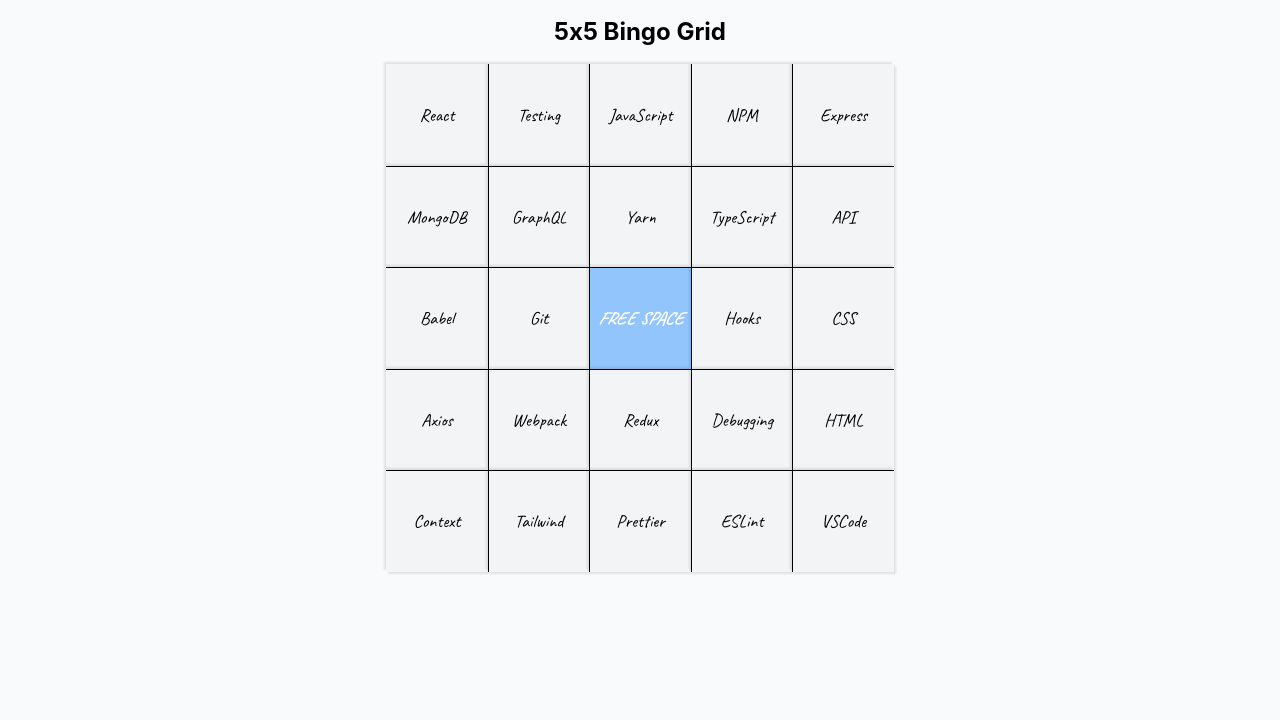
Repository: yassirbn/football-bingo
Page: /
The author's editor kept a copy of each file at every save. The page is drawn from the files as they stood at one save, then again after the next save.
The browser window is 1280 px wide. The pictures show the whole page.
The project was rebuilt for these pictures with package versions that can differ from the ones it lists, and the page was loaded fresh each time.

Above is the page before, as saved 2024-11-26 18:09:11.

After the next save:
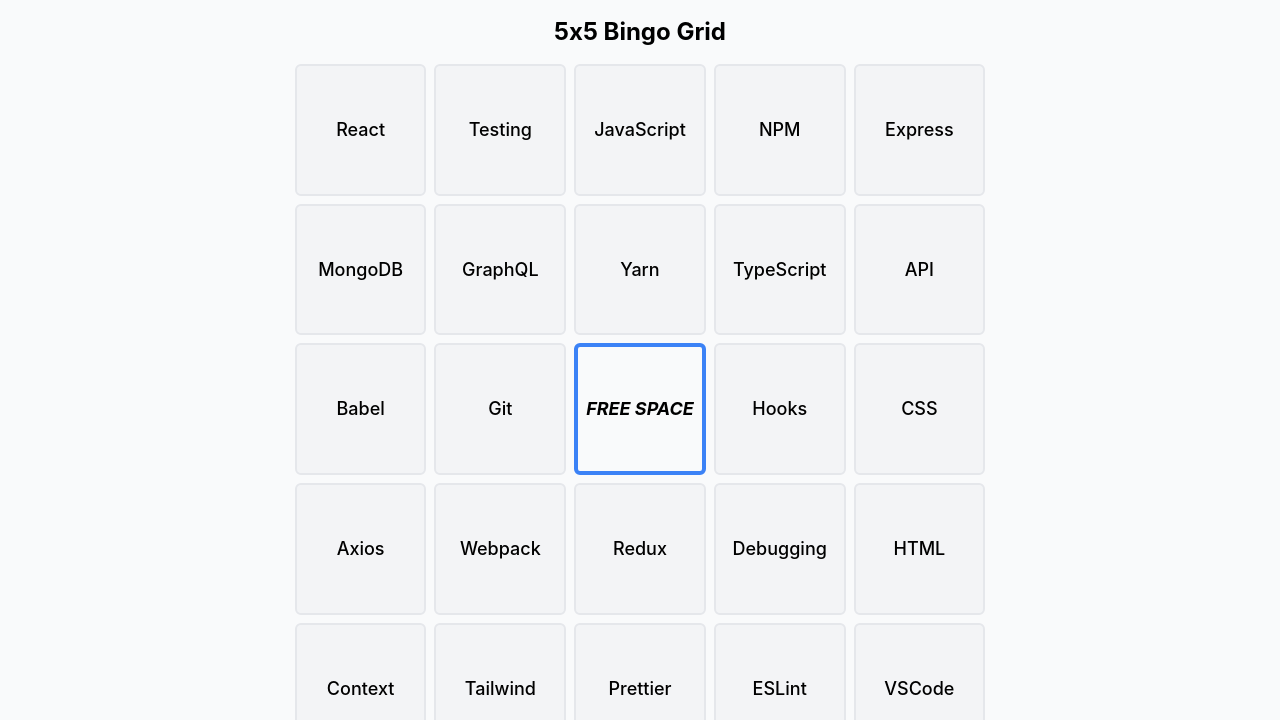
Saved 8 min 48 s later.
--- a/src/component/BingoGrid/BingoGrid.js
+++ b/src/component/BingoGrid/BingoGrid.js
@@ -95,32 +95,21 @@ const BingoGrid = ({ words }) => {
       {/* Bingo Grid */}
       <h1 className="text-center text-2xl font-bold mb-4">5x5 Bingo Grid</h1>
       <div
-        className="grid gap-0" // Remove gaps between cells
+        className="grid gap-2"
         style={{
-          gridTemplateColumns: `repeat(${gridSize}, 1fr)`,
+          gridTemplateColumns: `repeat(${gridSize}, minmax(50px, 1fr))`,
         }}
       >
         {gridWords.map((word, index) => (
           <div
             key={index}
-            className={`flex items-center justify-center text-center font-medium aspect-square p-2
-              ${
-                selectedCells[index]
-                  ? "bg-blue-300 text-white"
-                  : "bg-gray-100 hover:bg-blue-200 cursor-pointer"
-              } ${word === "FREE SPACE" ? "cursor-default" : ""}`}
+            className={`flex items-center justify-center border-2 rounded-md text-center font-medium aspect-square p-2
+              ${selectedCells[index] ? "bg-transparent border-4 border-blue-500 rounded-full" : "bg-gray-100 hover:bg-blue-200 cursor-pointer"}
+              ${word === "FREE SPACE" ? "cursor-default" : ""}`}
             onClick={() => handleCellClick(index)}
-            style={{
-              // Hand-drawn border effect: using subtle shadows for a wobbly line
-              borderTop: index < gridSize ? "none" : "1px solid black",
-              borderLeft: index % gridSize === 0 ? "none" : "1px solid black",
-              boxShadow: '2px 2px 2px rgba(0,0,0,0.1), -2px -2px 2px rgba(0,0,0,0.1)',
-            }}
           >
             <span
-              className={`break-words text-xs sm:text-sm md:text-base lg:text-lg font-handwritten ${
-                word === "FREE SPACE" ? "font-bold italic" : ""
-              }`}
+              className={`break-words text-xs sm:text-sm md:text-base lg:text-lg ${word === "FREE SPACE" ? "font-bold italic" : ""}`}
             >
               {word}
             </span>
